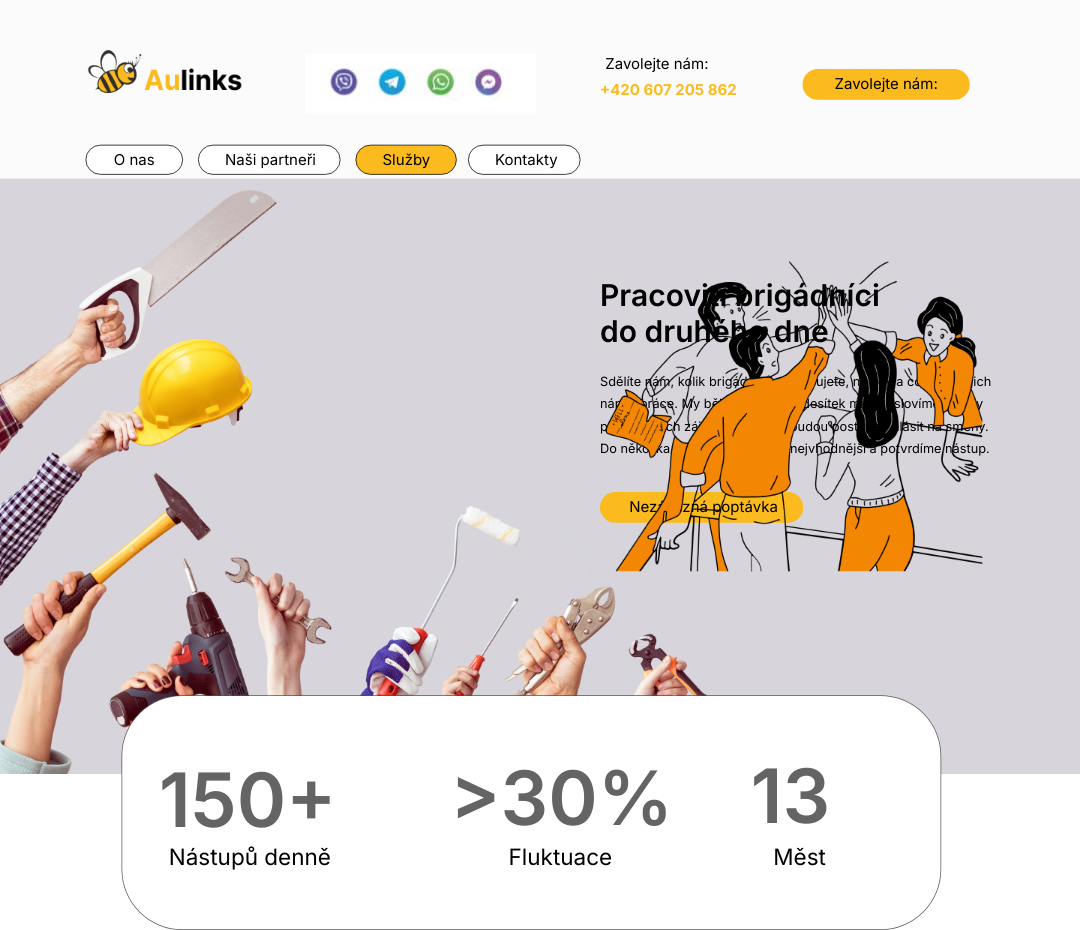
Repository: bilday08/bilday08.github.io
Page: page2.html
These files come from the project's save history. The page is drawn as it stood at one moment and after the next save; the edit follows.
The browser window is 1280 px wide. The page is 1440 px wide, so the pictures cover 1440 px, including what lies to the right of the window. The pictures show the whole page, at 75% of full size.

Above is the page before, as saved 2022-10-16 00:44:21.

After the next save:
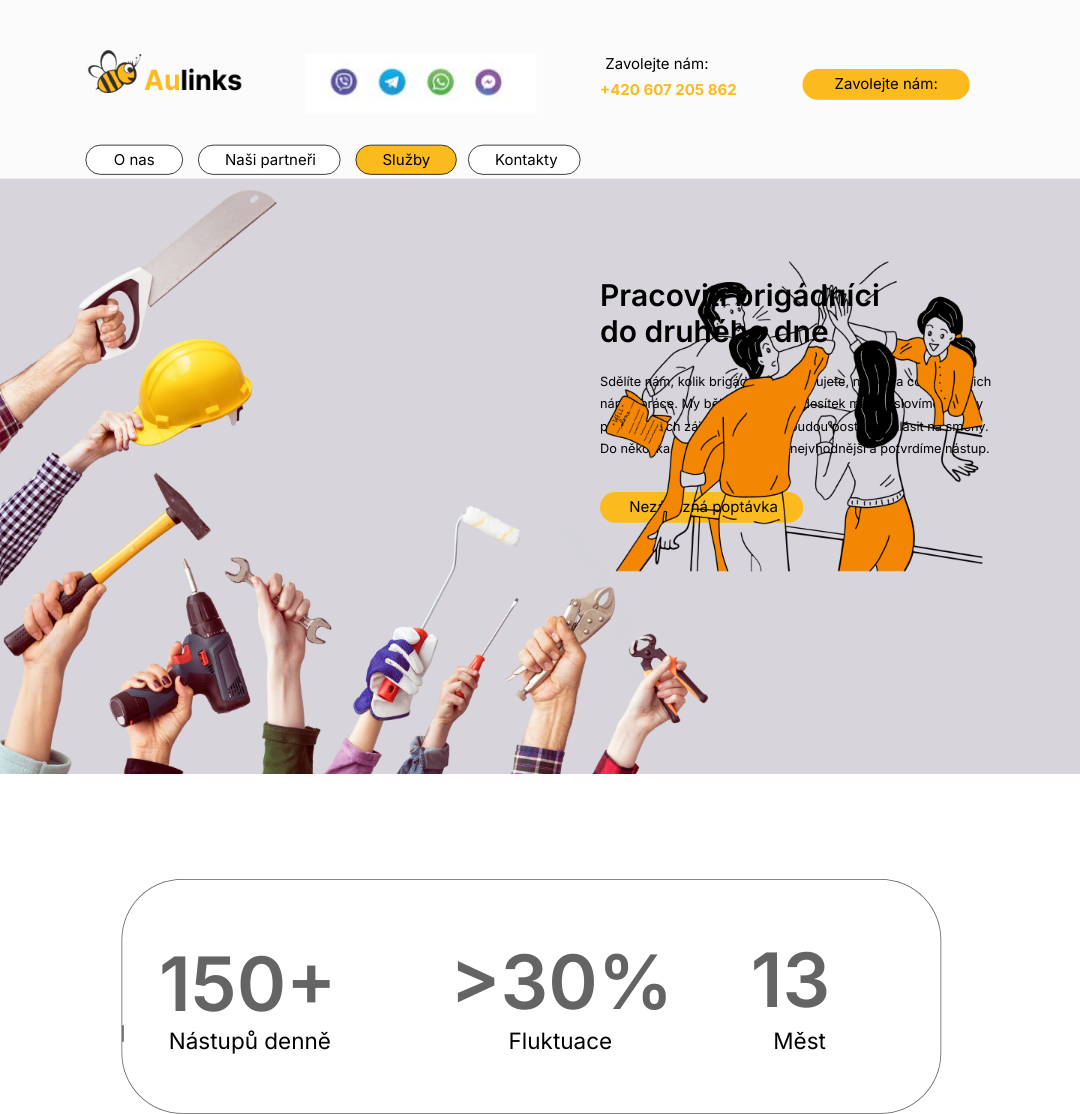
Saved 2 min 34 s later.
--- a/page2.html
+++ b/page2.html
@@ -80,6 +80,9 @@
                             <span class="center-button--third1">13</span>
                             <span class="center-button--third2">Měst</span>
                         </div>
+                        <div class="center-line">
+                            <span class="center-line1"></span>
+                        </div>
                     </a>
                 </div>
 <script
--- a/style2.css
+++ b/style2.css
@@ -193,13 +193,14 @@
     height: auto;
     margin-left: 807px;
     margin-top: -349px;
-}
-/*.herder-linepage{
+    margin-bottom: 245px;
+}
+.center-line1{
     width: 214.12px;
     height: 0px;
     border: 1px solid rgba(0, 0, 0, 0.64);
     margin-top: 420px;
-}*/
+}
 .center-button--white{
     text-decoration: none;
     max-width: 1093px;
